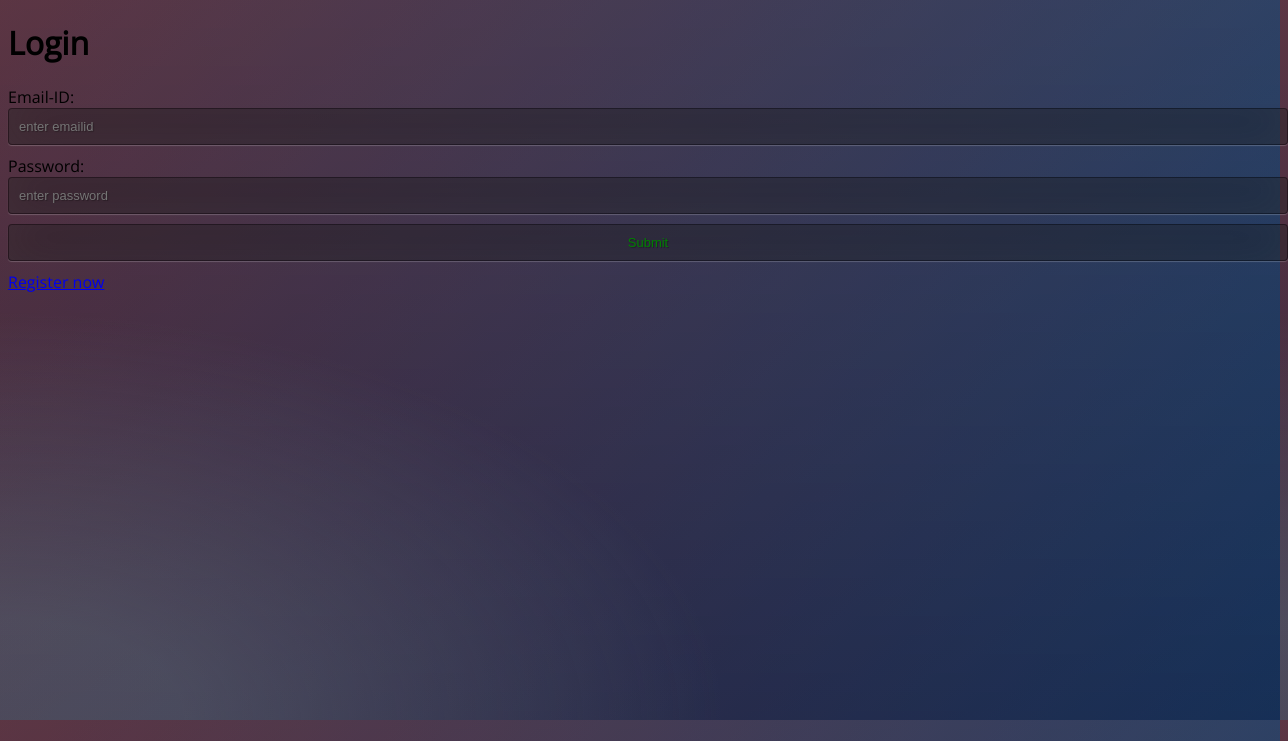
Repository: Tharungandhi/ServeltProject
Page: ServletJDBCApp/WebContent/login.html
The author's editor kept a copy of each file at every save. The page is drawn from the files as they stood at one save, then again after the next save.
The browser window is 1280 px wide. The page is 1288 px wide, then 1280 px, then 1288 px, so the pictures cover 1288 px, including what lies to the right of the window. The pictures show the whole page.

Above is the page before, as saved 2019-01-29 11:15:01.

After the next save:
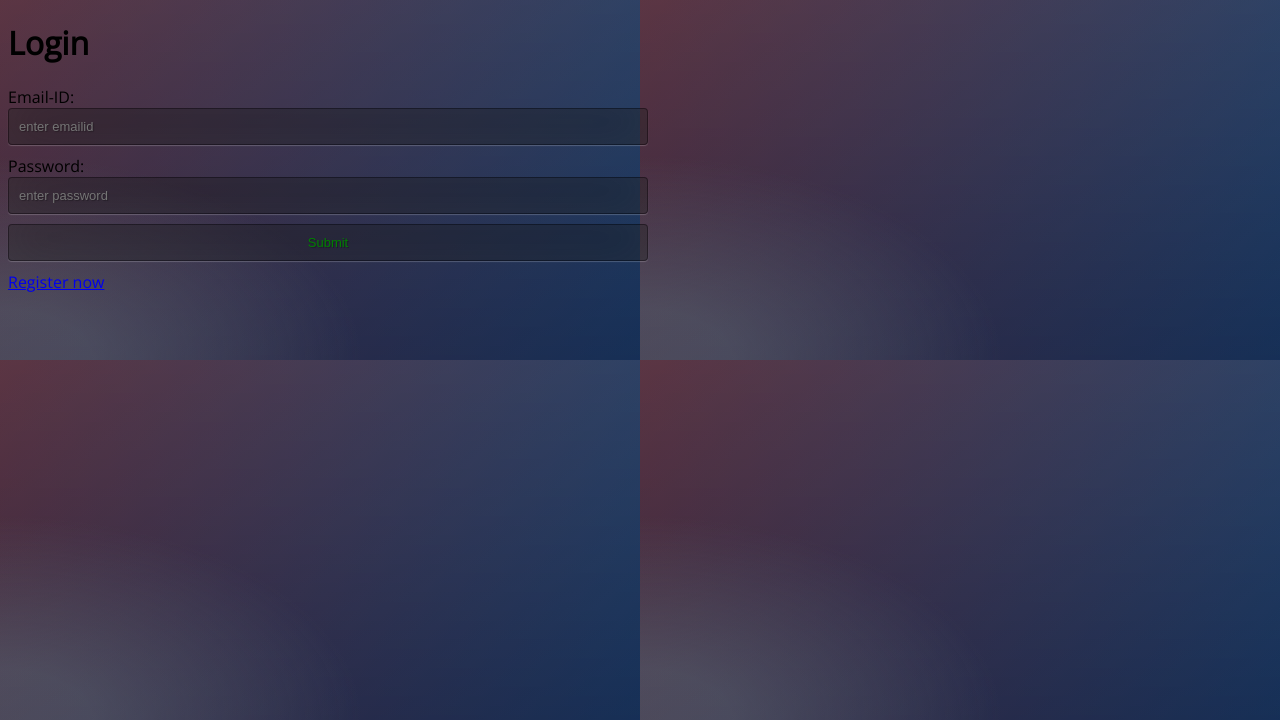
Saved 54 s later.
--- a/ServletJDBCApp/WebContent/login.html
+++ b/ServletJDBCApp/WebContent/login.html
@@ -15,7 +15,7 @@
 
 * { -webkit-box-sizing:border-box; -moz-box-sizing:border-box; -ms-box-sizing:border-box; -o-box-sizing:border-box; box-sizing:border-box; }
 
-html { width: 100%; height:100%; overflow:hidden; }
+html { width: 50%; height:50%; overflow:hidden; }
 
 body {
     width: 100%;

After the save that followed:
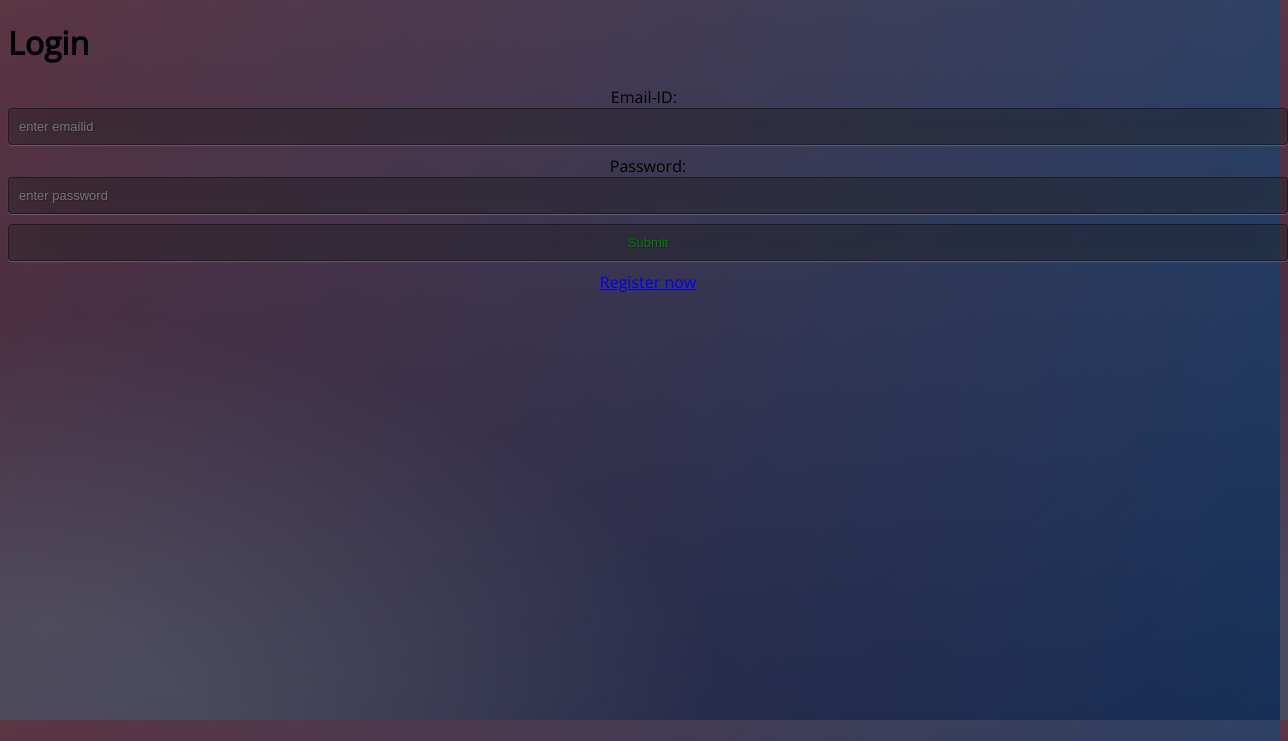
Saved 68 s later.
--- a/ServletJDBCApp/WebContent/login.html
+++ b/ServletJDBCApp/WebContent/login.html
@@ -15,7 +15,7 @@
 
 * { -webkit-box-sizing:border-box; -moz-box-sizing:border-box; -ms-box-sizing:border-box; -o-box-sizing:border-box; box-sizing:border-box; }
 
-html { width: 50%; height:50%; overflow:hidden; }
+html { width: 100%; height:100%; overflow:hidden; }
 
 body {
     width: 100%;
@@ -68,7 +68,7 @@
 <body>
 <form action="login" method="post">
 <h1>Login </h1>
-<!-- <div align="center"> -->
+ <div align="center">
 <div>
 <label>Email-ID:</label>
 &nbsp;<input type="email" name="emailid"  placeholder="enter emailid" value="" required/> </div>
@@ -78,7 +78,7 @@
 <input style='color: green' type="submit" name="submit"/>
 <div>
 <a href=registration.html> Register now </a> </div>
-
+</div>
 </form>
 </body>
 </html>
